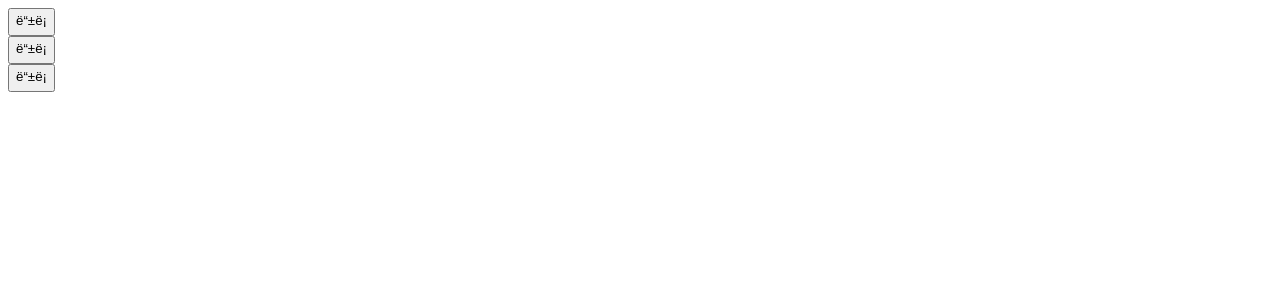
Repository: akwls/PokaPoki
Page: http://localhost/PokaPoki/sort.jsp
The author's editor kept a copy of each file at every save. The page is drawn from the files as they stood at one save, then again after the next save.
The browser window is 1280 px wide. The pictures show the whole page.
The page is served by Tomcat 9.

Above is the page before, as saved 2021-12-05 13:40:33.

After the next save:
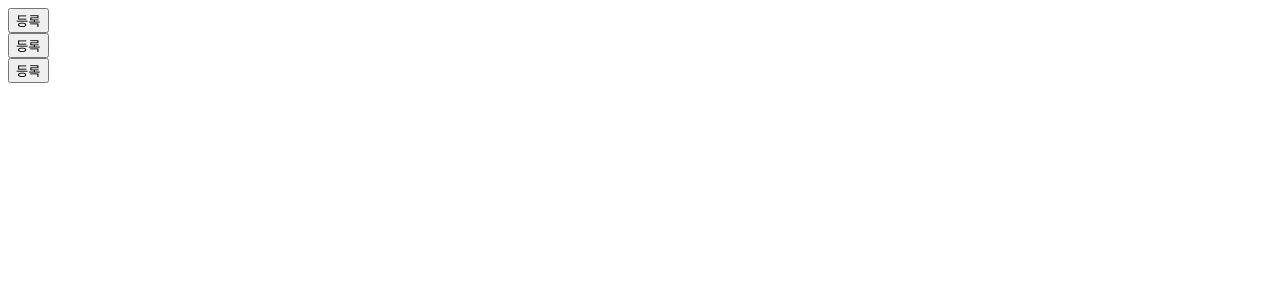
Saved 8 s later.
--- a/PokaPoki/WebContent/sort.jsp
+++ b/PokaPoki/WebContent/sort.jsp
@@ -1,3 +1,5 @@
+<%@ page language="java" contentType="text/html; charset=UTF-8"
+    pageEncoding="UTF-8"%>
 <div class="form-group row">
 	<div class="col-sm-offset-2 col-sm-10">
 		<input type="button" class="btn btn-primary" value="등록" onclick="CheckAddProduct()"/>
